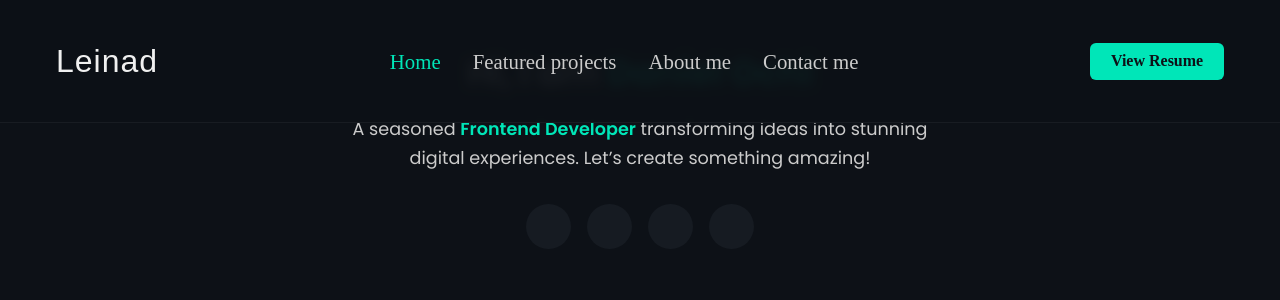
Repository: Austinokezie/Myportfolio
Page: index.html
The author's editor kept a copy of each file at every save. The page is drawn from the files as they stood at one save, then again after the next save.
The browser window is 1280 px wide. The pictures show the whole page.
Some web fonts or font styles are not loaded; a fallback is used.

Above is the page before, as saved 2025-10-14 13:16:03.

After the next save:
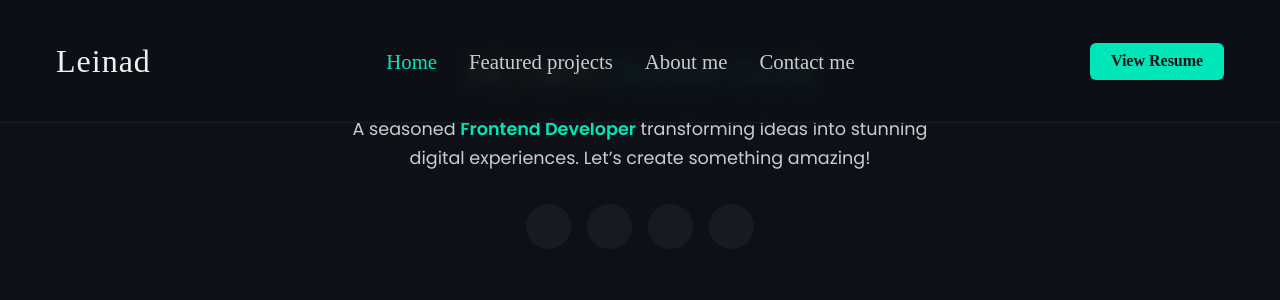
Saved 37 s later.
--- a/style.css
+++ b/style.css
@@ -56,7 +56,7 @@ header {
 .logo {
   font-size: .5rem;
   font-weight: 200;
-  font-family: 'Cursive', sans-serif;
+  font-family: serif;
   color: #f0f0f0;
   letter-spacing: 1px;
 }
